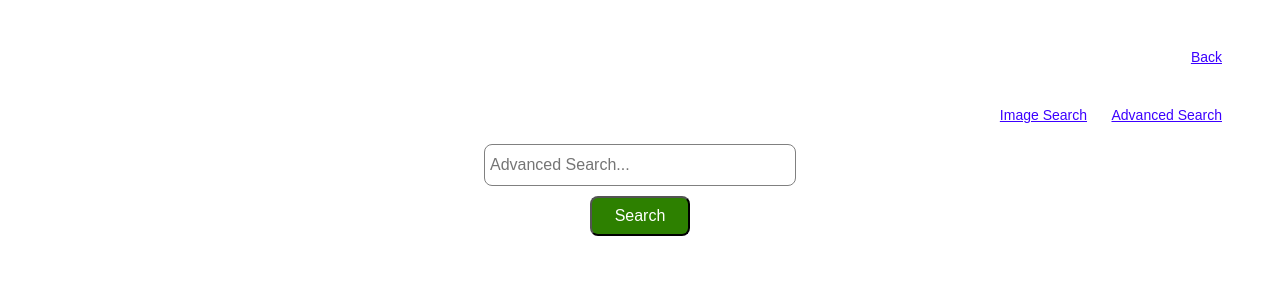
Repository: lyutok/cs50-search-project
Page: advanced.html
These files come from the project's save history. The page is drawn as it stood at one moment and after the next save; the edit follows.
The browser window is 1280 px wide. The pictures show the whole page.
The style sheet was rebuilt from its Sass, Less or Tailwind sources for each picture, by a compiler version that may differ from the author's.

Above is the page before, as saved 2025-07-07 10:27:26.

After the next save:
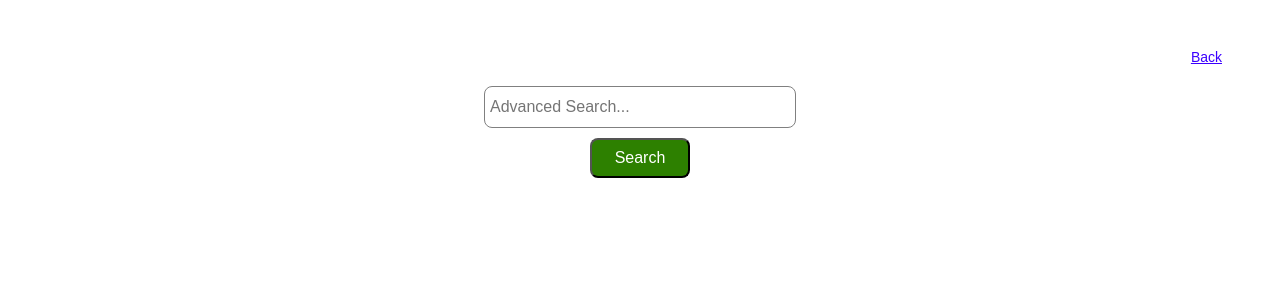
Saved 12 min 53 s later.
--- a/advanced.html
+++ b/advanced.html
@@ -9,10 +9,6 @@
     <div>
         <a href="google.html">Back</a>
     </div>
-    <div>
-        <a href="image.html">Image Search</a>
-        <a href="advanced.html">Advanced Search</a>
-    </div>
     <form action="https://www.google.com/search">
         <input type="text" name="q" required placeholder="Advanced Search...">
         <br>
